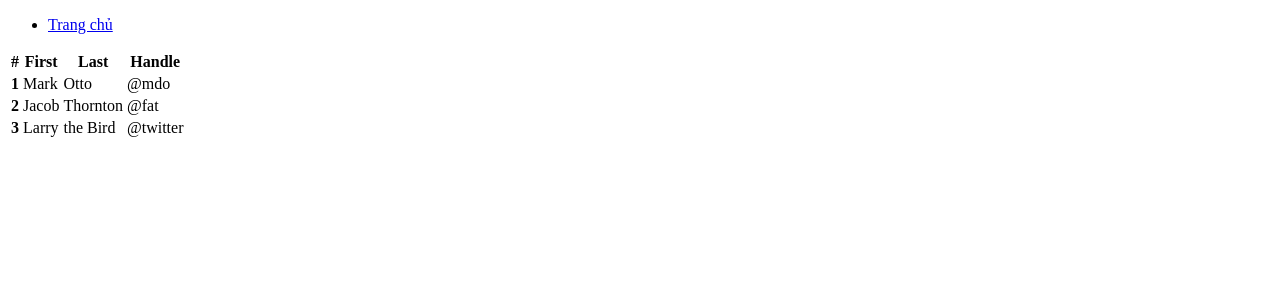
Repository: DuongVanMinhIT/JavaWeb
Page: http://localhost/new-jdbc/views/admin/new/list.jsp
These files come from the project's save history. The page is drawn as it stood at one moment and after the next save; the edit follows.
The browser window is 1280 px wide. The pictures show the whole page.
The page is served by Tomcat 9. Nobody is signed in. The application's start-up code is not run.

Above is the page before, as saved 2020-06-19 07:10:38.
Console error: SyntaxError: Unexpected token ')'

After the next save:
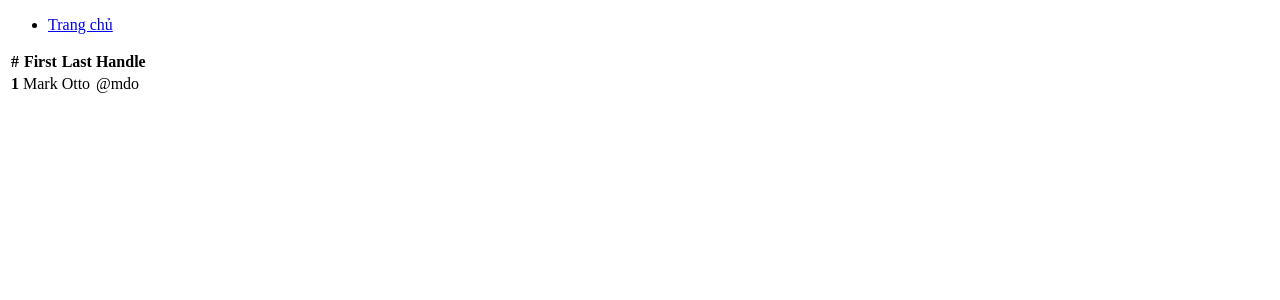
Saved 79 s later.
--- a/servlet/new-jdbc/src/main/webapp/views/admin/new/list.jsp
+++ b/servlet/new-jdbc/src/main/webapp/views/admin/new/list.jsp
@@ -38,21 +38,10 @@
 												<td>Otto</td>
 												<td>@mdo</td>
 											</tr>
-											<tr>
-												<th scope="row">2</th>
-												<td>Jacob</td>
-												<td>Thornton</td>
-												<td>@fat</td>
-											</tr>
-											<tr>
-												<th scope="row">3</th>
-												<td>Larry</td>
-												<td>the Bird</td>
-												<td>@twitter</td>
-											</tr>
+
 										</tbody>
 									</table>
-									<ul class="pagination" id="pagination"></ul>
+									<!-- <ul class="pagination" id="pagination"></ul> -->
 								</div>
 							</div>
 						</div>
